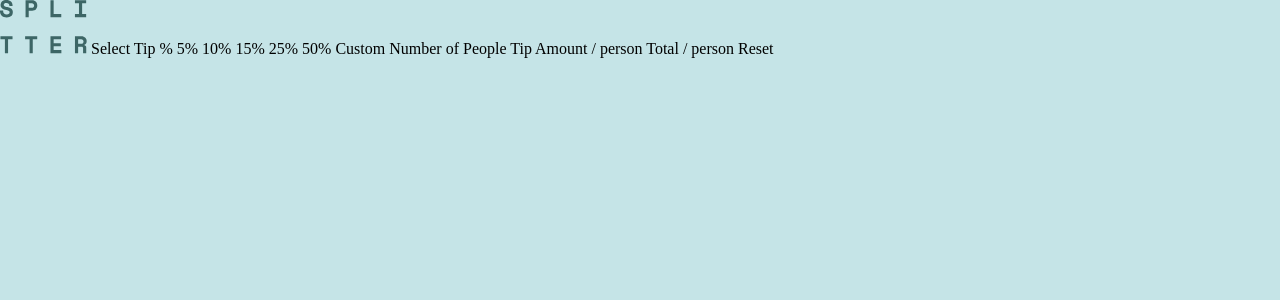
Repository: Arkitecth/tip-calculator
Page: index.html
These files come from the project's save history. The page is drawn as it stood at one moment and after the next save; the edit follows.
The browser window is 1280 px wide. The pictures show the whole page.

Above is the page before, as saved 2023-06-09 16:08:19.

After the next save:
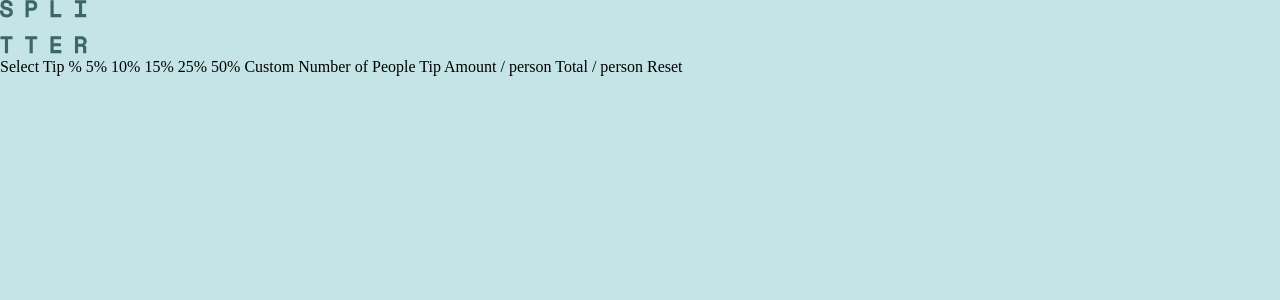
Saved 7 s later.
--- a/index.html
+++ b/index.html
@@ -10,7 +10,11 @@
 
 </head>
 <body>
-  <img src="images/logo.svg" alt="logo">
+
+  <main>
+    <img src="images/logo.svg" alt="logo">
+  </main>
+
 
   Select Tip %
   5%
